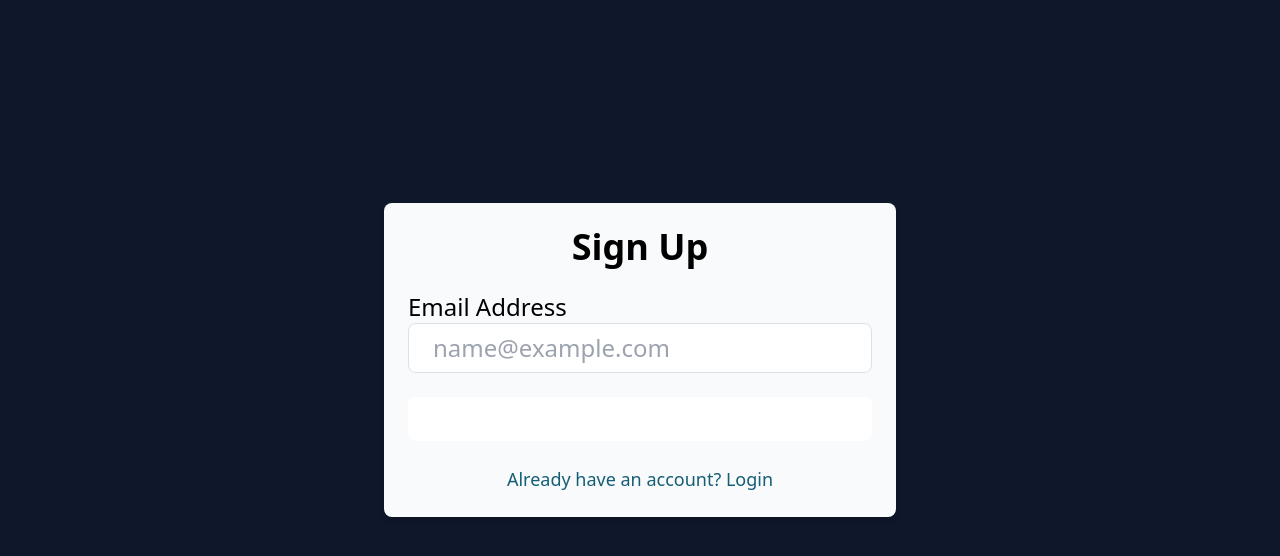
Repository: sayyad-mukthumsa-123/Movie-Verse
Page: /register (app in frontend/)
The author's editor kept a copy of each file at every save. The page is drawn from the files as they stood at one save, then again after the next save.
The browser window is 1280 px wide. The pictures show the whole page.
The page's requests for data from a server got no answer. The project was rebuilt for these pictures with package versions that can differ from the ones it lists, and the page was loaded fresh each time. No one was signed in, and anything a server would have sent is missing. Also part of the build but not shown: frontend/src/pages/Welcome.jsx, frontend/src/components/Logout.jsx, frontend/src/components/Navbar.jsx, frontend/src/components/Cards.jsx, frontend/src/pages/Home.jsx, frontend/src/pages/SignIn.jsx, frontend/src/components/AvatarSelection.jsx, frontend/src/pages/MovieRecommendations.jsx and 17 more.

Above is the page before, as saved 2025-02-18 22:47:12.

After the next save:
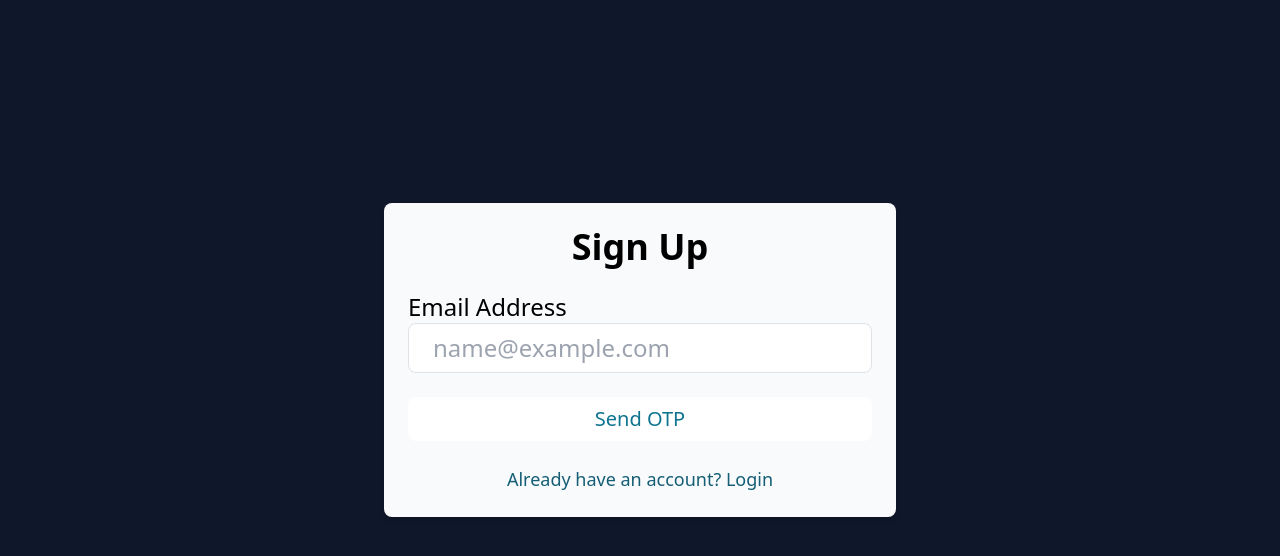
Saved 20 s later.
--- a/frontend/src/pages/SignUp.jsx
+++ b/frontend/src/pages/SignUp.jsx
@@ -156,7 +156,7 @@
           <>
             <button
               onClick={sendOtp}
-              className="bg-white hover:bg-cyan-700 text-white text-xl py-2 px-4 rounded-lg w-full"
+              className="bg-white hover:bg-cyan-700 text-cyan-700 text-xl py-2 px-4 rounded-lg w-full"
             >
               Send OTP
             </button>
